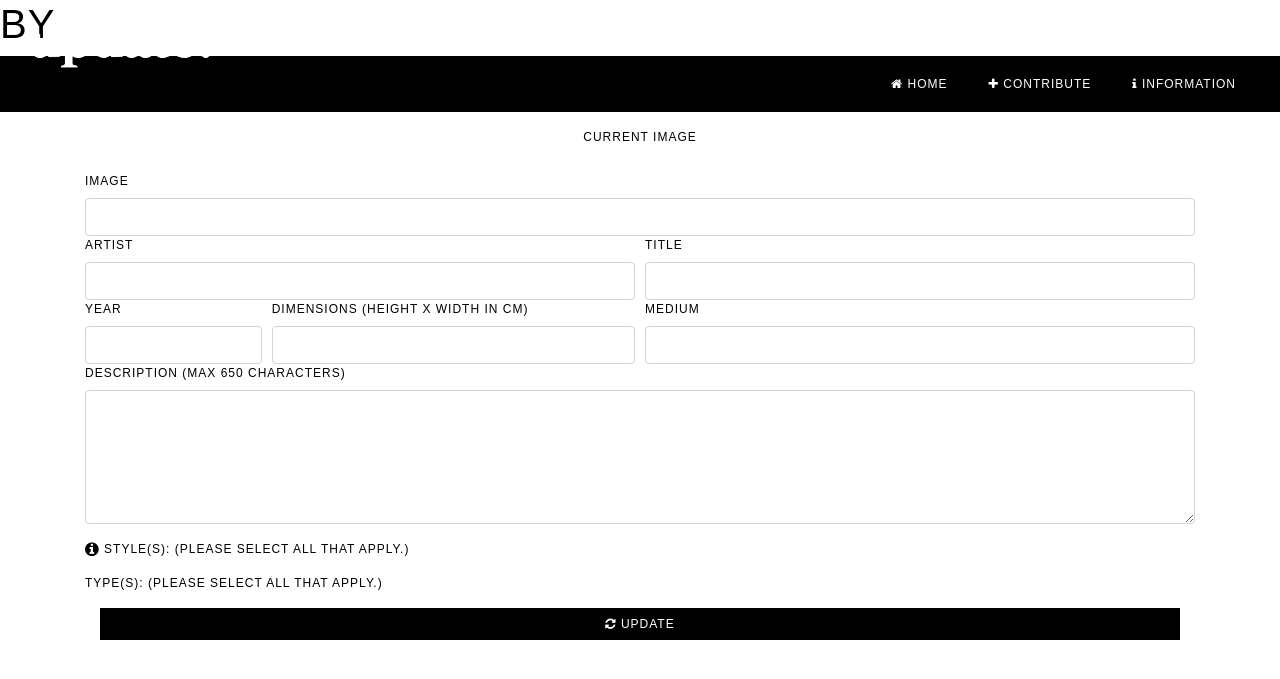
Repository: lynette-lyf/artwork-inventory
Page: templates/edit_artwork.template.html
The author's editor kept a record of every edit. The page is drawn from the files as they stood at one moment, then again after the next edit.
The browser window is 1280 px wide. The pictures show the whole page.
The page is served by the project's application, run on Flask 3 (app.py). The template is opened directly, without the code that normally fills it, so the values that code supplies are empty.

Above is the page before.

### templates/edit_artwork.template.html
<!doctype html>
<html lang="en">
  <head>
    <!-- Required meta tags -->
    <meta charset="utf-8">
    <meta name="viewport" content="width=device-width, initial-scale=1, shrink-to-fit=no">

    <!-- Bootstrap CSS -->
    <link rel="stylesheet" href="https://stackpath.bootstrapcdn.com/bootstrap/4.3.1/css/bootstrap.min.css" integrity="sha384-ggOyR0iXCbMQv3Xipma34MD+dH/1fQ784/j6cY/iJTQUOhcWr7x9JvoRxT2MZw1T" crossorigin="anonymous">
    <!-- Font Awesome CSS -->
    <link href="https://maxcdn.bootstrapcdn.com/font-awesome/4.7.0/css/font-awesome.min.css" rel="stylesheet"/>
    <!-- Google Fonts API -->
    <link href="https://fonts.googleapis.com/css?family=Work+Sans:300,600,800&display=swap" rel="stylesheet">
    <link rel="stylesheet" type="text/css" href="/static/css/style.css">

    <title>Update: {{artworksAndConsigners["title"]}} by {{artworksAndConsigners["artist"]}}</title>
  <style>
       body {
    font-family: Arial;
    font-size: 12px;
    color: black;
    text-transform: uppercase;
    letter-spacing:1px;
}

::-webkit-scrollbar {
  width: 5px;
  height: 5px;
  border-left: 0;
  background: white;
}

::-webkit-scrollbar-track {
  background: white;
}

::-webkit-scrollbar-thumb {
  background: black;
  border-radius: 0;
}

.navbar-default {
    background-color: black;
}


#logo {
    position: absolute;
    z-index:1;
    top:-3px;

}



#home, #contribute, #information {
    font-family: Arial;
    color: white;
    text-decoration: none;
    text-transform: uppercase;
    font-size: 12px;
    letter-spacing:1px;
    background-color: black;
    margin-right:15px;
}

#update {
    font-family: Arial;
    color: white;
    text-decoration: none;
    text-transform: uppercase;
    font-size: 12px;
    letter-spacing:1px;
    background-color: black;
    width:100%;
    border-radius:0px;
}

#home:hover, #information:hover, #update:hover {
    background-color: white;
    color:black;
}

#info-style {
  color:black;
}

#info-style:hover {
  color:grey;
}





@media (max-width: 994px) {
    .img-fluid {
        max-width:100%
    }

    #home {
        margin-top:2rem;
    }
}

@media screen and (min-width: 995px) {
    .navbar-nav {
        align-items: end;
    }

    .img-fluid {
        max-height:500px;
        max-width:500px
    }
}

  </style>

  </head>


  <body>


<img id="logo" style="max-height:100px;" src="/static/img/update.png"/>
<h1>{{artworksAndConsigners["title"]}} by {{artworksAndConsigners["artist"]}}</h1>

<nav class="navbar navbar-expand-lg navbar-default">
  <a class="navbar-brand" href="#">&nbsp;</a>
  <button class="navbar-toggler" type="button" data-toggle="collapse" data-target="#navbarSupportedContent" aria-controls="navbarSupportedContent" aria-expanded="false" aria-label="Toggle navigation">
    <span class="navbar-toggler-icon"> <i class="fa fa-bars" style="color:#fff; font-size:28px;"></i></span>
  </button>

  <div class="collapse navbar-collapse justify-content-end" id="navbarSupportedContent">
    <ul class="navbar-nav">
      <li class="nav-item">
          <a href="/" id="home" class="btn btn-default"><i class="fa fa-home"></i>    Home</a>
      </li>
     <li class="nav-item">
          <a href="/add-artwork" id="contribute" class="btn btn-default"><i class="fa fa-plus"></i>    Contribute</a>
      </li>
      <li class="nav-item">
        <a href="/information/artstyles" id="information" class="btn btn-default"><i class="fa fa-info"></i>    Information</a>
      </li>
    </ul>

        </div>
  </div>
</nav>







    <div class='container'>
        <form class='form' method="POST">
          <div class='form-row'>
              <div class='col-12 text-center pt-3'>

                  <label>Current Image</label><br>
                  <img class='img-fluid' style="max-height:300px; max-width:300px;" src='{{ artworksAndConsigners['image'] }}'>
                   </div>
                  </div>

                 <div class='form-row'>
              <div class='col-12'>

                <label>Image</label>
                <input type='text' class='form-control' name='image' value='{{artworksAndConsigners["image"]}}' required/>
            </div>
            <div class='col-6'>
                <label>Artist</label>
                <input type='text' class='form-control' name='artist' value='{{artworksAndConsigners["artist"]}}' required/>
            </div>
            <div class='col-6'>
                <label>Title</label>
                <input type='text' class='form-control' name='title' value='{{artworksAndConsigners["title"]}}' required/>
            </div>
          </div>

          <div class='form-row'>
            <div class='col-2'>
                <label>Year</label>
                <input type='number' class='form-control' maxlength='4' min='1000' max='2019' name='year' value='{{artworksAndConsigners["year"]}}' required/>
            </div>
            <div class='col-4'>
                <label>Dimensions (height x width in cm)</label>
                <input type='text' class='form-control' name='dimensions' value='{{artworksAndConsigners["dimensions"]}}' required/>
            </div>
            <div class='col-6'>
                <label>Medium</label>
                <input type='text' class='form-control' name='medium' value='{{artworksAndConsigners["medium"]}}' required/>
            </div>
          </div>

            <div class='form-group'>
                <label>Description (max 650 characters)</label>
                <textarea class="form-control" rows="5" maxlength='650' name='description'>{{artworksAndConsigners["description"]}}</textarea>
            </div>


            <div class='form-group'>
                <p><a href='/information/artstyles'><i id="info-style" class="fa fa-info-circle fa-lg" aria-hidden="true"></i></a>
                Style(s): (Please select all that apply.)</p>
                {%for t in all_styles %}
                <input type="checkbox" name="type" value="{{t}}"
                {%if t in selected_type %}
                checked
                {%endif%}
                /><label>{{t}}</label>
                {%endfor%}
            </div>

            <div class='form-group'>
                <p>Type(s): (Please select all that apply.)</p>
                {%for t in all_types %}
                <input type="checkbox" name="type" value="{{t}}"
                {%if t in selected_type %}
                checked
                {%endif%}
                /><label>{{t}}</label>
                {%endfor%}
            </div>

           <div class="col-12 text-center">
             <button type="submit" id="update" class="btn btn-default">
                <i class="fa fa-refresh"></i>    Update
              </button>
          </div>
        </form>
    </div>

    <!-- Optional JavaScript -->
    <!-- jQuery first, then Popper.js, then Bootstrap JS -->
    <script src="https://code.jquery.com/jquery-3.3.1.slim.min.js" integrity="sha384-q8i/X+965DzO0rT7abK41JStQIAqVgRVzpbzo5smXKp4YfRvH+8abtTE1Pi6jizo" crossorigin="anonymous"></script>
    <script src="https://cdnjs.cloudflare.com/ajax/libs/popper.js/1.14.7/umd/popper.min.js" integrity="sha384-UO2eT0CpHqdSJQ6hJty5KVphtPhzWj9WO1clHTMGa3JDZwrnQq4sF86dIHNDz0W1" crossorigin="anonymous"></script>
    <script src="https://stackpath.bootstrapcdn.com/bootstrap/4.3.1/js/bootstrap.min.js" integrity="sha384-JjSmVgyd0p3pXB1rRibZUAYoIIy6OrQ6VrjIEaFf/nJGzIxFDsf4x0xIM+B07jRM" crossorigin="anonymous"></script>
  </body>
</html>

### app.py
from flask import Flask, render_template, request, redirect, url_for, flash
import os
from bson import ObjectId
import re

import pymongo

MONGO_URI = os.getenv('MONGO_URI')
DATABASE_NAME = 'artworksAndConsigners'

conn = pymongo.MongoClient(MONGO_URI)

def get_connection():
    conn = pymongo.MongoClient(MONGO_URI)
    return conn

app = Flask(__name__)

# READ**************************************************************************

@app.route('/')
def index():
    search_terms = request.args.get('search-by')
    filter = request.args.getlist('filter')

    all_styles = ['Abstract', 'Abstract Expressionist', 'Contemporary', 'Cubism', 'Expressionism', 'Figurative', 'Geometric', 'Minimalism', 'Modern', 'Nanyang', 'Pop Art', 'Realism', 'Renaissance', 'Surrealism']
    all_types = ['Acrylic', 'Canvas', 'Calligraphy', 'Ink', 'Installation', 'Fabric', 'Oil', 'Paper', 'Painting', 'Portrait', 'Printmaking', 'Sculpture', 'Watercolour']

    search_criteria = {}
    print (search_criteria)
    if search_terms is not None and search_terms is not "":
        search_criteria["title"] = re.compile(r'{}'.format(search_terms), re.I)

    if len(filter) > 0:
        search_criteria['all_styles', 'all_types'] = {
            '$all' : filter
        }

    print (search_criteria)

    if search_terms is None:
        search_terms = ""

    conn = get_connection()
    artworksAndConsigners = conn[DATABASE_NAME]['artworksAndConsigners'].find(search_criteria)
    return render_template('index.template.html', results=artworksAndConsigners, search_terms=search_terms, filter=filter, all_styles=all_styles, all_types=all_types)

# CREATE************************************************************************

@app.route('/add-artwork')
def show_add_artwork_form():
    return render_template('add_artwork.template.html')

@app.route('/add-artwork', methods=['POST'])
def process_add_artwork_form():
    image = request.form.get('image')
    artist = request.form['artist']
    title = request.form['title']
    year = request.form['year']
    dimensions = request.form['dimensions']
    medium = request.form['medium']
    description = request.form['description']
    type = request.form.getlist('type')

    conn = get_connection()
    conn[DATABASE_NAME]['artworksAndConsigners'].insert({
        "image" : image,
        "artist" : artist,
        "title" : title,
        "year" : year,
        "dimensions" : dimensions,
        "medium" : medium,
        "description" : description,
        "type" : type
    })

    return redirect("/")

# UPDATE************************************************************************

@app.route('/edit-artwork/<artwork_id>')
def show_edit_artwork_form(artwork_id):
    conn = get_connection()
    artwork = conn[DATABASE_NAME]['artworksAndConsigners'].find_one({
        '_id': ObjectId(artwork_id)
    })

    results = artwork['type']
    all_styles = ['Abstract', 'Abstract Expressionist', 'Contemporary', 'Cubism', 'Expressionism', 'Figurative', 'Geometric', 'Minimalism', 'Modern', 'Nanyang', 'Pop Art', 'Realism', 'Renaissance', 'Surrealism']
    all_types = ['Acrylic', 'Canvas', 'Calligraphy', 'Ink', 'Installation', 'Fabric', 'Oil', 'Paper', 'Painting', 'Portrait', 'Printmaking', 'Sculpture', 'Watercolour']

    return render_template('edit_artwork.template.html', artworksAndConsigners=artwork,
    selected_type=results, all_styles=all_styles, all_types=all_types)

@app.route("/edit-artwork/<artwork_id>", methods=['POST'])
def process_edit_artwork_form(artwork_id):
    image = request.form.get('image')
    artist = request.form['artist']
    title = request.form['title']
    year = request.form['year']
    dimensions = request.form['dimensions']
    medium = request.form['medium']
    description = request.form['description']
    type = request.form.getlist('type')

    conn = get_connection()
    conn[DATABASE_NAME]["artworksAndConsigners"].update({
        '_id': ObjectId(artwork_id)
    }, {
       "image" : image,
        "artist" : artist,
        "title" : title,
        "year" : year,
        "dimensions" : dimensions,
        "medium" : medium,
        "description" : description,
        "type": type
    })

    return redirect("/")


# DELETE************************************************************************

@app.route('/confirm-delete-artwork/<artwork_id>')
def confirm_delete_artwork(artwork_id):

    artwork = conn[DATABASE_NAME]["artworksAndConsigners"].find_one({
        '_id': ObjectId(artwork_id)
    }, {
        "image" : 1,
        "artist" : 1,
        "title" : 1,
        "year" : 1,
        "dimensions" : 1,
        "medium" : 1,
        "description" : 1,
        "type": 1
    })

    return render_template('confirm_delete_artwork.template.html', artworksAndConsigners=artwork)

@app.route('/delete-artwork/<artwork_id>')
def delete_artwork(artwork_id):
    conn[DATABASE_NAME]["artworksAndConsigners"].delete_one({
        '_id': ObjectId(artwork_id)
    })

    return redirect('/')

# INFORMATION FOR ART STYLES****************************************************
@app.route('/information/artstyles')
def art_style():
    conn = get_connection()
    styles = conn[DATABASE_NAME]['artstyles'].find()
    return render_template('artstyles.template.html', results=styles)


# "magic code" -- boilerplate
if __name__ == '__main__':
    app.run(host=os.environ.get('IP'),
    port=int(os.environ.get('PORT')),
    debug=True)

### static/css/style.css
body {
    font-family: Arial;
    font-size: 15px;
    color: black;
}

::-webkit-scrollbar {
  width: 5px;
  height: 5px;
  border-left: 0;
  background: white;
}

::-webkit-scrollbar-track {
  background: white;
}

::-webkit-scrollbar-thumb {
  background: black;
  border-radius: 0;
}

.navbar-default {
    background-color: black;
}


#logo {
    position: absolute;
    z-index:1;
    top:-4px;
}

#home, #contribute, #information {
    font-family: Arial;
    color: white;
    text-decoration: none;
    text-transform: uppercase;
    font-size: 12px;
    letter-spacing:1px;
    background-color: black;
    margin-right:15px;
}

#submit {
    font-family: Arial;
    color: white;
    text-decoration: none;
    text-transform: uppercase;
    font-size: 12px;
    letter-spacing:1px;
    background-color: grey;
    margin-right:15px;
    border-radius:0px;
    height:31px;
    margin-top:3px;
}
#home:hover, #contribute:hover, #information:hover, #submit:hover {
    background-color: white;
    color:black;
}

#search-by {
    border-radius:0px;
    font-family: Arial;
    font-weight:bold;
    color: black;
    text-transform: uppercase;
    font-size: 12px;
    margin-top:3px;
    border-width:0px;
}

#caret-dropdown {
    color:grey;
    background-color:white;
    height:31px;
    margin-top:3px;
}

.dropdown.dropdown-lg .dropdown-menu {
    margin-top: -1px;
    padding: 4px 15px;
}

.btn-group .btn {
    border-radius: 0;
    margin-left: -1px;
}
.form-horizontal .form-group {
    margin-left: 0;
    margin-right: 0;
}

@media (max-width: 994px) {
    .img-fluid {
        max-width:100%
    }

    #home {
        margin-top:2rem;
    }
}

@media screen and (min-width: 995px) {
    .navbar-nav {
        align-items: end;
    }

    #boot-search-box {
        width: 500px;
        margin: 0 auto;
    }
    .dropdown.dropdown-lg {
        position: static !important;
    }
    .dropdown.dropdown-lg .dropdown-menu {
        min-width: 500px;
    }

    .img-fluid {
        max-height:500px;
        max-width:500px
    }
}

.artist {
    font-family: 'Work Sans', sans-serif;
    font-weight: 800;
    text-transform: uppercase;
    font-size: 3vh;
    line-height:10%;
    margin-top:15px;
}

.title {
    font-style: italic;
    font-family: 'Work Sans', sans-serif;
    font-weight: 600;
    text-transform: uppercase;
    font-size: 1.8vh;
    margin-right: 2px;
    line-height:10%;
}

.year {
    font-style: italic;
    font-family: 'Work Sans', sans-serif;
    font-weight: 400;
    font-size: 1.8vh;
    margin-right: 2px;
}

.medium, .dimensions {
    letter-spacing: 1px;
    margin-bottom:0px;
}

.description {
    text-align: justify;
    margin-top: 20px;
}

.tag-label {
    text-transform: uppercase;
    font-weight: bold;
    margin-bottom: 0px;
}

.tags {
    text-transform: uppercase;
    font-size: 12px;
    margin-top: 0px;
}

.action {
    text-decoration: none;
    color: black;
    font-family: Arial;
    text-transform: uppercase;
    font-size: 10px;
    margin:5px;
}

.action:hover {
    color:white;
    background-color:black;
    border-radius:0px;
    border-width:0px;;
}

After the next edit:
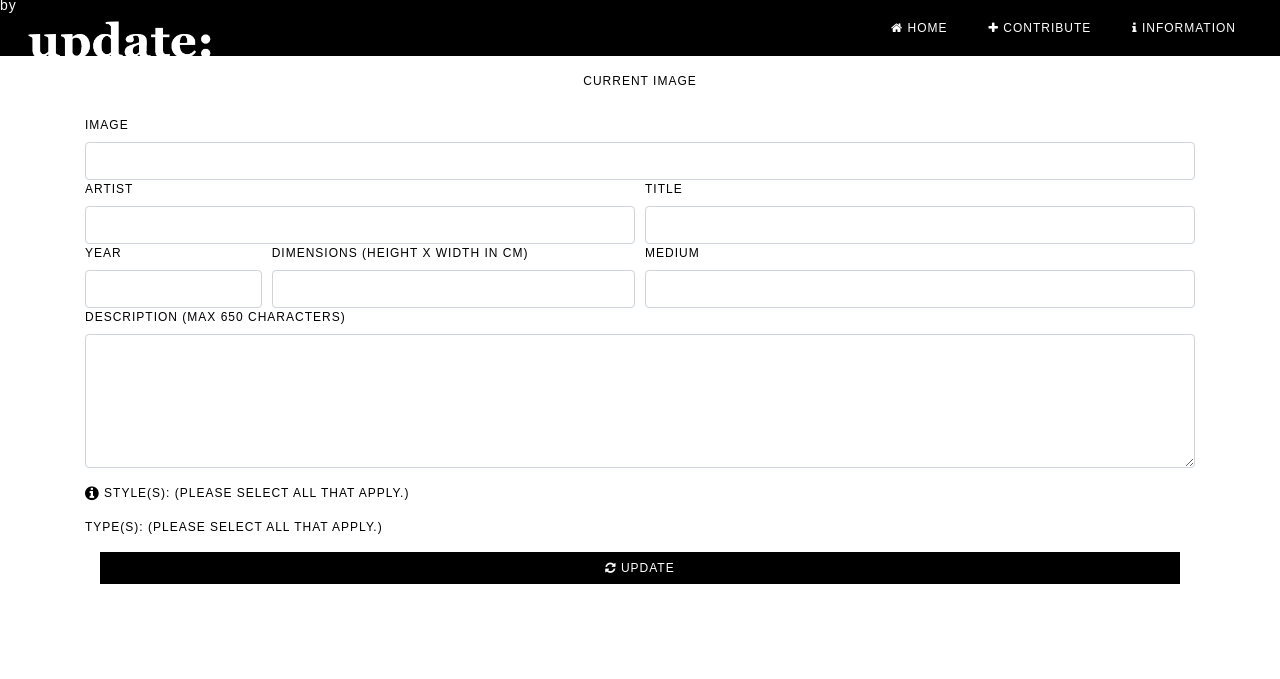
The edit:
--- a/templates/edit_artwork.template.html
+++ b/templates/edit_artwork.template.html
@@ -48,7 +48,15 @@
     position: absolute;
     z-index:1;
     top:-3px;
-
+}
+
+h1 {
+    color:white;
+    text-transform: lowercase;
+    font-size:14px;
+    position: absolute;
+    z-index:1;
+    top:-3px;
 }
 
 
